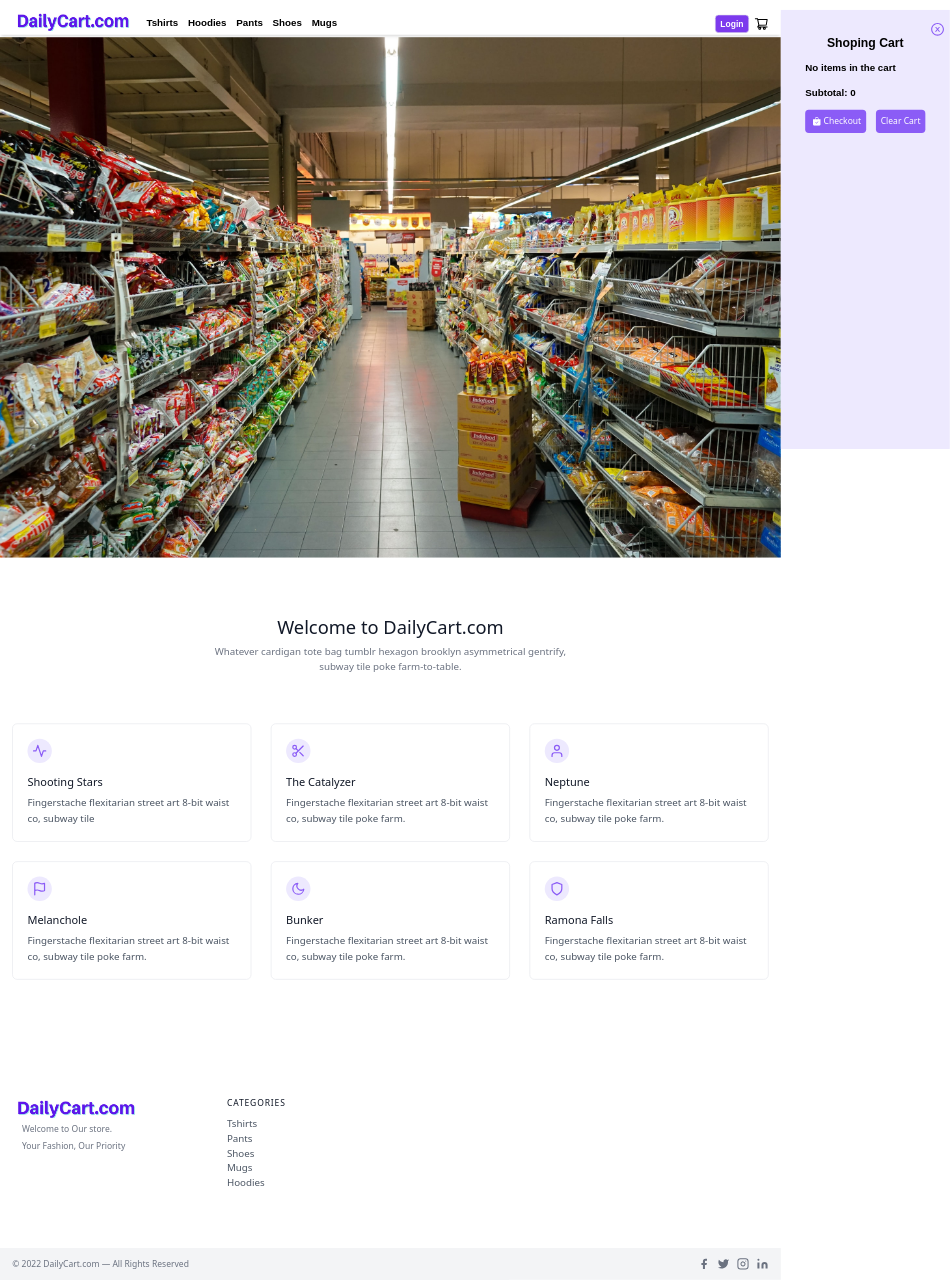
Repository: sayanm456/dailycart
Page: /
The author's editor kept a copy of each file at every save. The page is drawn from the files as they stood at one save, then again after the next save.
The browser window is 1280 px wide. The page is 1557 px wide, then 1301 px, then 1557 px, so the pictures cover 1557 px, including what lies to the right of the window. The pictures show the whole page, at 61% of full size.
The project was rebuilt for these pictures with package versions that can differ from the ones it lists, and the page was loaded fresh each time. The framework's server and built-in components were replaced by stand-ins that run in the browser. Also part of the build but not shown: next.config.js.

Above is the page before, as saved 2022-12-05 17:34:03.

After the next save:
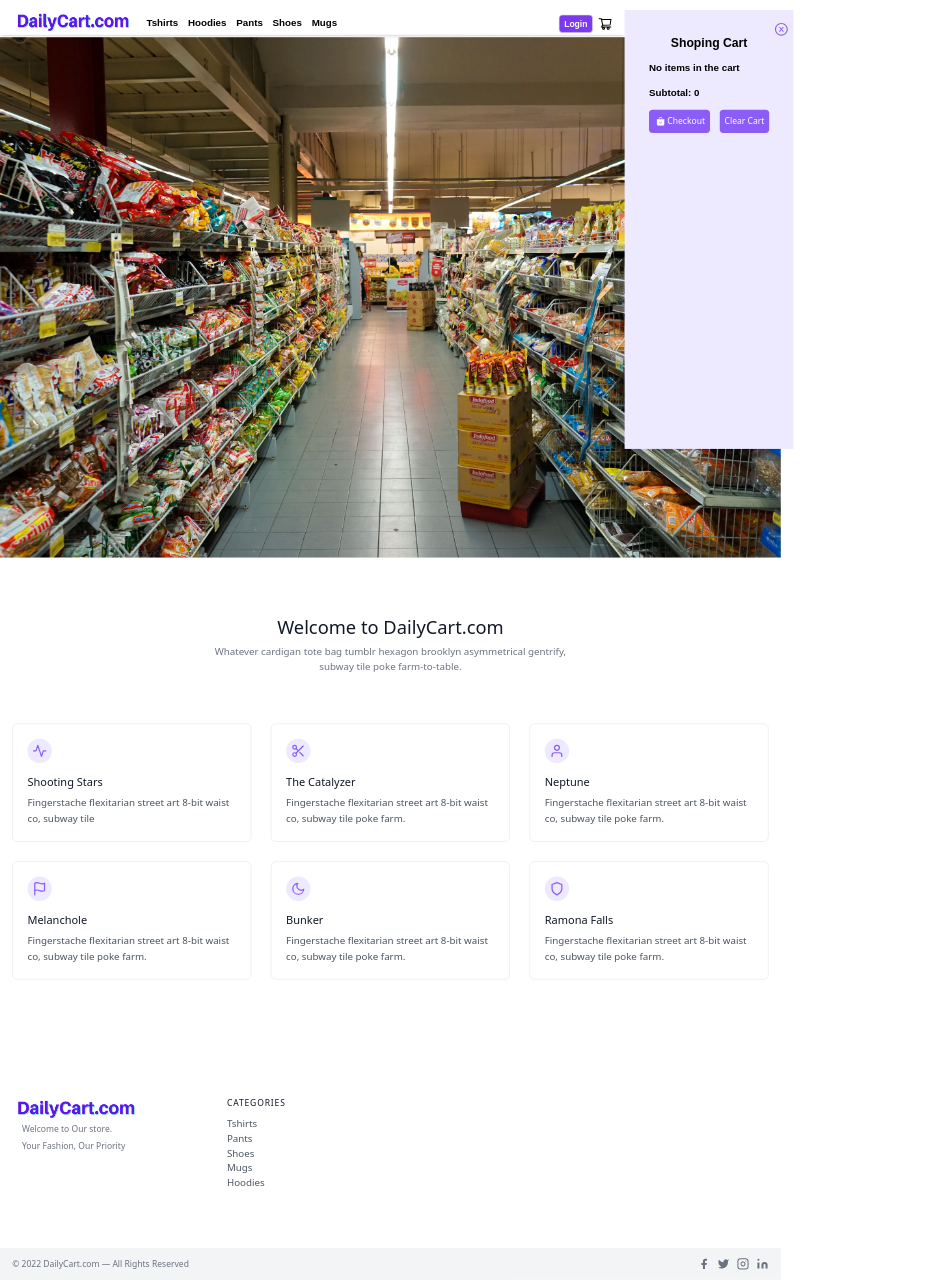
Saved 22 min 58 s later.
--- a/components/Navbar.js
+++ b/components/Navbar.js
@@ -28,7 +28,7 @@
   const ref = useRef();
 
   return (
-    <div className="flex flex-col md:flex-row md:justify-start justify-between items-center mb-1 my-4 shadow-md sticky top-0 bg-white z-10">
+    <div className="flex flex-col md:flex-row md:justify-start justify-between max-w-5xl items-center mb-1 my-4 shadow-md sticky top-0 bg-white z-10">
       <div className="logo mr-auto md:mx-5">
         <Link href={"/"}>
           <a>

After the save that followed:
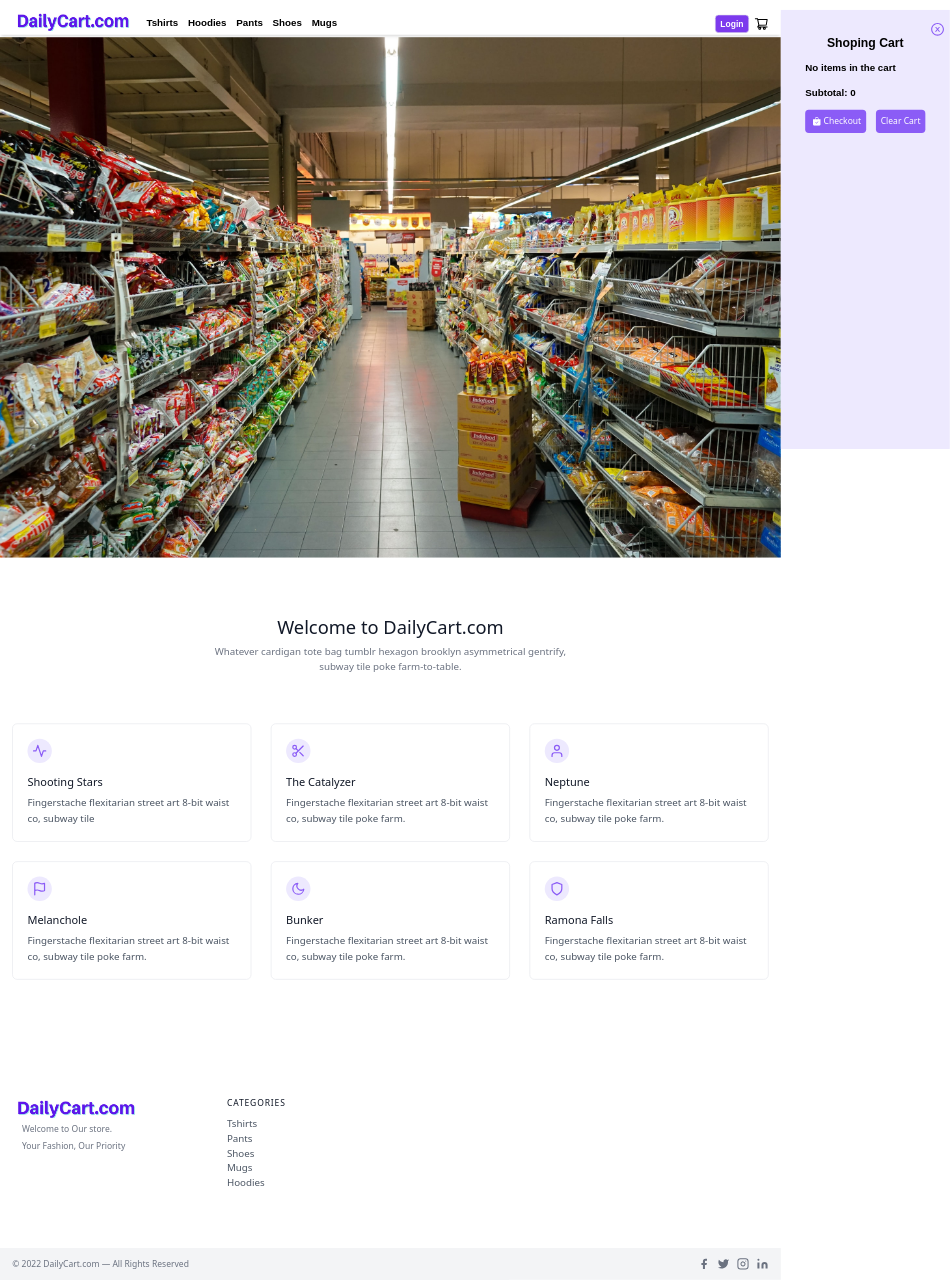
Saved 22 s later.
--- a/components/Navbar.js
+++ b/components/Navbar.js
@@ -28,7 +28,7 @@
   const ref = useRef();
 
   return (
-    <div className="flex flex-col md:flex-row md:justify-start justify-between max-w-5xl items-center mb-1 my-4 shadow-md sticky top-0 bg-white z-10">
+    <div className="flex flex-col md:flex-row md:justify-start justify-between items-center mb-1 my-4 shadow-md sticky top-0 bg-white z-10">
       <div className="logo mr-auto md:mx-5">
         <Link href={"/"}>
           <a>
